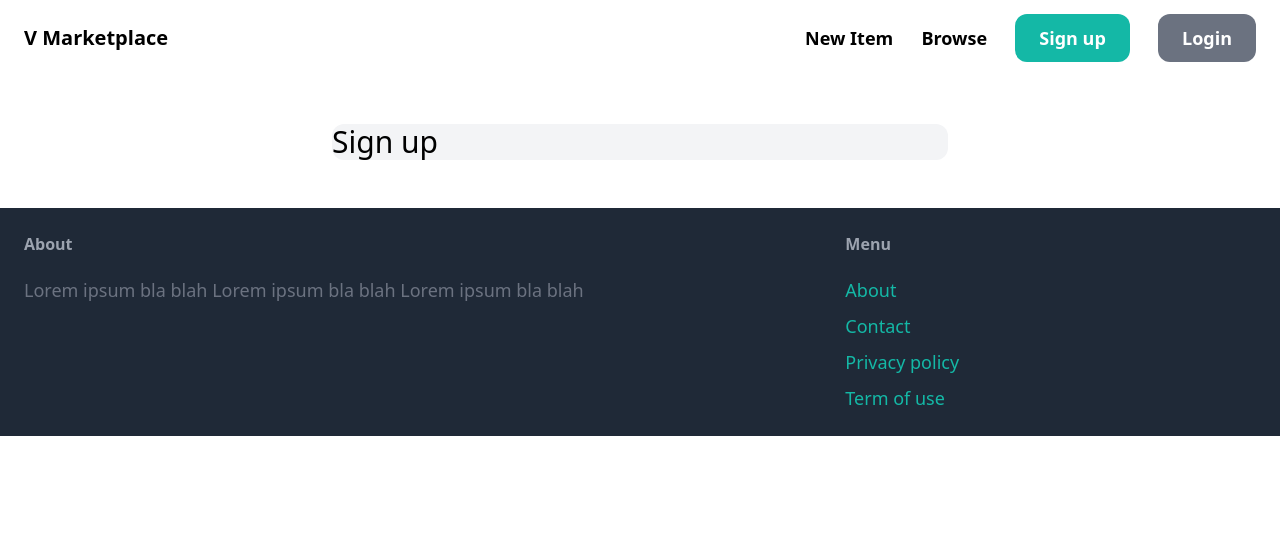
Repository: venu-369/marketplace_django
Page: marketplace/core/templates/core/signup.html
The author's editor kept a copy of each file at every save. The page is drawn from the files as they stood at one save, then again after the next save.
The browser window is 1280 px wide. The pictures show the whole page.
Some web libraries are served in a nearby version. The template is drawn by Django 4.2. The application's start-up code is not run. Other server files are loaded and not shown. The template is opened directly, without the code that normally fills it, so the values that code supplies are empty.

Above is the page before, as saved 2023-02-06 15:52:44.

### marketplace/core/templates/core/signup.html
{% extends 'core/base.html' %}

{% block title %}Sign up{% endblock %}

{% block content %}
<div class="w-1/2 my-6 mx-auto bg-gray-100 rounded-xl">
    <h1 class="mb-6 text-3xl">Sign up </h1>
</div>
{% endblock %}

### marketplace/core/templates/core/base.html
<!doctype html>


<html>
    <head>
        <meta charset="utf-8">
        <meta name= "viewport" content="width=device-width, initial-scale=1">

        <script src="https://cdn.tailwindcss.com"></script>

        <title>{% block title %}{% endblock %} | V Marketplace</title>
    </head>

    <body>
        <nav class="py-6 px-6 flex justify-between items-center boreder-b border-gray-200">
            <a href="/" class="text-xl font-semibold">V Marketplace</a>

            <div class="space-x-6">
                <a href="#" class="text-lg font-semibold hover:text-gray-500">New Item</a>
                <a href="#" class="text-lg font-semibold hover:text-gray-500">Browse</a>

                <a href="{% url 'core:signup' %}" class="px-6 py-3 text-lg font-semibold bg-teal-500 text-white rounded-xl hover:bg-teal-600">Sign up</a>
                <a href="#" class="px-6 py-3 text-lg font-semibold bg-gray-500 text-white rounded-xl hover:bg-gray-600">Login</a>
            </div>
        </nav>
        <div class="px-6 py-6">
            {% block content %}
            {% endblock %}
        </div>
        <footer class="py-6 px-6 flex justify-between bg-gray-800">
            <div class="w-2/3 pr-10">
                <h3 class="mb-5 font-semibold text-gray-400">About</h3>
                <p class="text-lg text-gray-500">Lorem ipsum bla blah Lorem ipsum bla blah Lorem ipsum bla blah</p>
            </div>
            <div class="w-1/3 ">
                <h3 class="mb-5 font-semibold text-gray-400">Menu</h3>

                <ul class="space-y-2">
                    <li><a href="#" class="text-lg text-teal-500 hover:text-teal-700">About</a></li>
                    <li><a href="{% url 'core:contact' %}" class="text-lg text-teal-500 hover:text-teal-700">Contact</a></li>
                    <li><a href="#" class="text-lg text-teal-500 hover:text-teal-700">Privacy policy</a></li>
                    <li><a href="#" class="text-lg text-teal-500 hover:text-teal-700">Term of use</a></li>
                </ul>

            </div>
        </footer>
    </body>
</html>

After the next save:
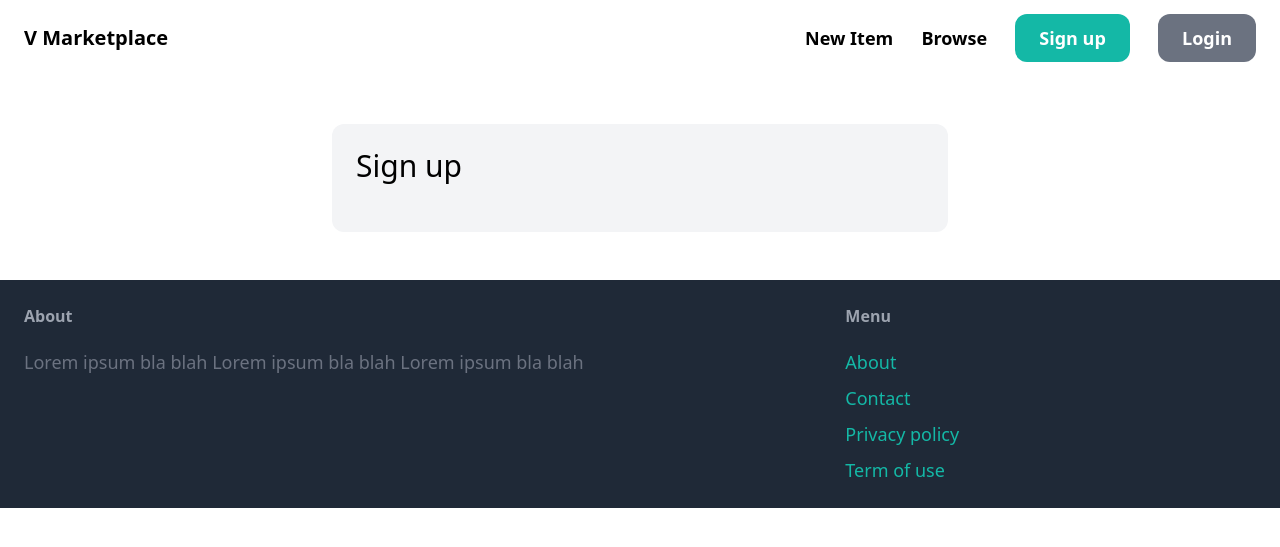
Saved 33 s later.
--- a/marketplace/core/templates/core/signup.html
+++ b/marketplace/core/templates/core/signup.html
@@ -3,7 +3,7 @@
 {% block title %}Sign up{% endblock %}
 
 {% block content %}
-<div class="w-1/2 my-6 mx-auto bg-gray-100 rounded-xl">
+<div class="w-1/2 my-6 mx-auto p-6 bg-gray-100 rounded-xl">
     <h1 class="mb-6 text-3xl">Sign up </h1>
 </div>
 {% endblock %}
